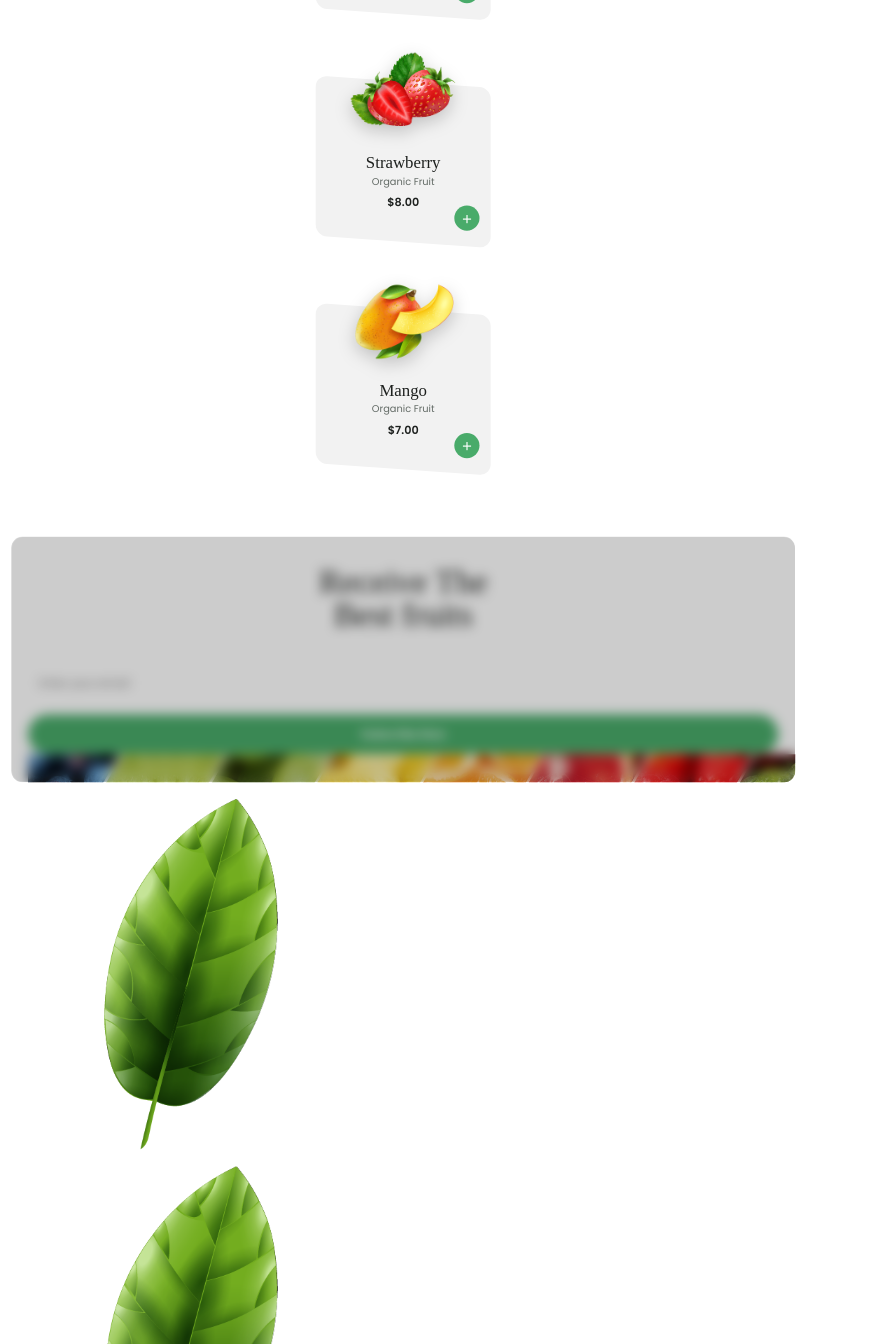
Repository: dinhhaidh/fruit
Page: index.html
The author's editor kept a copy of each file at every save. The page is drawn from the files as they stood at one save, then again after a run of saves.
The browser window is 1280 px wide. The pictures show the part of the page from y = 3822 to 5742 px (the page is 6069 px tall), at 70% of full size.
Some web fonts or font styles are not loaded; a fallback is used.

Above is the page before, as saved 2024-02-19 10:04:19.
Console error: ReferenceError: ScrollReveal is not defined

### index.html
<!DOCTYPE html>
<html lang="en">
<head>
    <meta charset="UTF-8">
    <meta name="viewport" content="width=device-width, initial-scale=1.0">

    <!--=============== FAVICON ===============-->
    <link rel="shortcut icon" href="assets/img/favicon.png" type="image/x-icon">

    <!--=============== REMIXICONS ===============-->
    <link rel="stylesheet" href="https://cdnjs.cloudflare.com/ajax/libs/remixicon/3.5.0/remixicon.css" crossorigin="">

    <!--=============== CSS ===============-->
    <link rel="stylesheet" href="./css/style.css">

    <title>Responsive fruit website - Bedimcode</title>
</head>
<body>
    <!--==================== HEADER ====================-->
    <header class="header" id="header">
        <nav class="nav container">
            <a href="#" class="nav__logo">
                <img src="./img/logo.png" alt=""> Fruit
            </a>
            <div class="nav__menu" id="nav-menu">
                <ul class="nav__list">
                    <li class="nav__item">
                        <a href="#Home" class="nav__link">Home</a>
                    </li>
                    <li class="nav__item">
                        <a href="#enjoy" class="nav__link">About Us</a>
                    </li>
                    <li class="nav__item">
                        <a href="#popular" class="nav__link">Popular</a>
                    </li>
                    <li class="nav__item">
                        <a href="#join" class="nav__link">Join Us</a>
                    </li>
                </ul>

                <a href="#" class="nav__close" id="nav-close">
                    <i class="ri-close-line"></i>
                </a>

                <img src="./img/branch-2.png" alt="" class="nav__img-1">
                <img src="./img/fruit-line-1.png" alt="" class="nav__img-2">
            </div>

            <div class="nav__buttons">

                <i class="ri-moon-line theme__button" id="theme-button"></i>

                <div class="nav__toggle" id="nav-toggle">
                    <i class="ri-apps-2-line"></i>
                </div>
            </div>
        </nav>
    </header>

    <!--==================== MAIN ====================-->
    <main class="main">
        <!--==================== HOME ====================-->
        <section class="home section" id="home">
            <div class="home__container container grid">
                <div class="home__data">
                    <h1 class="home__title">Enjoy The <br>
                        Best Fresh <br>
                        Fruits
                    </h1>
                    <p class="home__desc">Enjoy the best organic fruits harvested with the best possible quality, obtaining unique and delicious favours</p>
                    <img src="./img/fruit-line-2.png" alt="image" class="home__fruit">
                    <a href="#" class="button">
                        Order Fruit Now
                    </a>
                </div>
                <img src="./img/home-fruits.png" alt="image" class="home__img">
            </div>
            <img src="./img/branch-2.png" alt="image" class="home__branch">
        </section>

        <!--==================== ENJOY ====================-->
        <section class="enjoy section">
            <h2 class="section__title">Eat And Enjoy</h2>
            <div class="enjoy__container container grid">
                <article class="enjoy__card">
                    <div class="enjoy__bg"></div>

                    <img src="./img/enjoy-1.png" alt="" class="enjoy__img">
                    <h3 class="enjoy__title">Healthy</h3>
                    <span class="enjoy__subtitle">Tropical Fruit</span>
                </article>
                <article class="enjoy__card">
                    <div class="enjoy__bg"></div>

                    <img src="./img/enjoy-2.png" alt="" class="enjoy__img">
                    <h3 class="enjoy__title">Healthy</h3>
                    <span class="enjoy__subtitle">Tropical Fruit</span>
                </article>
                <article class="enjoy__card">
                    <div class="enjoy__bg"></div>

                    <img src="./img/enjoy-3.png" alt="" class="enjoy__img">
                    <h3 class="enjoy__title">Healthy</h3>
                    <span class="enjoy__subtitle">Tropical Fruit</span>
                </article>
            </div>
        </section>

        <!--==================== ABOUT US ====================-->
        <section class="about section" id="about">
            <div class="about__container container grid">
                <div class="about__data">
                    <h2 class="section__title">
                        We Provide <br>
                        Healthy Fruits
                    </h2>
                    <p class="about__desc">Lorem ipsum dolor sit amet, consectetur adipisicing elit. Iusto voluptatum officia non dolores illum, hic necessitatibus sit? Sapiente, voluptatem nisi!</p>
                    <a href="#" class="button">Know More</a>
                    <img src="./img/fruit-line-1.png" alt="image" class="about__fruit">
                </div>
                <img src="./img/about-fruits.png" alt="image" class="about__img">
            </div>
            <img src="./img/branch-1.png" alt="image" class="about__branch">

        </section>

        <!--==================== POPULAR ====================-->
        <section class="popular section" id="popular">
            <h2 class="section__title">Popular Fruits</h2>
            <div class="popular__container container grid">
                <article class="popular__card">
                    <div class="popular__bg"></div>

                    <img src="./img/popular-1.png" alt="" class="popular__img">
                    <h2 class="popular__title">Apple</h2>
                    <span class="popular__subtitle">Organic Fruit</span>
                    <h3 class="popular__price">$4.00</h3>
                    <a href="#" class="popular__button button">
                        <i class="ri-add-line"></i>
                    </a>
                </article>
                <article class="popular__card">
                    <div class="popular__bg"></div>

                    <img src="./img/popular-2.png" alt="" class="popular__img">
                    <h2 class="popular__title">Watermelon</h2>
                    <span class="popular__subtitle">Organic Fruit</span>
                    <h3 class="popular__price">$7.00</h3>
                    <a href="#" class="popular__button button">
                        <i class="ri-add-line"></i>
                    </a>
                </article>

                <article class="popular__card">
                    <div class="popular__bg"></div>

                    <img src="./img/popular-3.png" alt="" class="popular__img">
                    <h2 class="popular__title">Pineapple</h2>
                    <span class="popular__subtitle">Organic Fruit</span>
                    <h3 class="popular__price">$5.00</h3>
                    <a href="#" class="popular__button button">
                        <i class="ri-add-line"></i>
                    </a>
                </article>

                <article class="popular__card">
                    <div class="popular__bg"></div>

                    <img src="./img/popular-4.png" alt="" class="popular__img">
                    <h2 class="popular__title">Banana</h2>
                    <span class="popular__subtitle">Organic Fruit</span>
                    <h3 class="popular__price">$3.00</h3>
                    <a href="#" class="popular__button button">
                        <i class="ri-add-line"></i>
                    </a>
                </article>

                <article class="popular__card">
                    <div class="popular__bg"></div>

                    <img src="./img/popular-5.png" alt="" class="popular__img">
                    <h2 class="popular__title">Strawberry</h2>
                    <span class="popular__subtitle">Organic Fruit</span>
                    <h3 class="popular__price">$8.00</h3>
                    <a href="#" class="popular__button button">
                        <i class="ri-add-line"></i>
                    </a>
                </article>

                <article class="popular__card">
                    <div class="popular__bg"></div>

                    <img src="./img/popular-6.png" alt="" class="popular__img">
                    <h2 class="popular__title">Mango</h2>
                    <span class="popular__subtitle">Organic Fruit</span>
                    <h3 class="popular__price">$7.00</h3>
                    <a href="#" class="popular__button button">
                        <i class="ri-add-line"></i>
                    </a>
                </article>

            </div>
        </section>

        <!--==================== JOIN US ====================-->
        <section class="join section" id="join">
            <div class="join__container container grid">
                <div class="join__content grid">
                    <div class="join__data">
                        <h2 class="section__title">Receive The <br>
                            Best fruits
                        </h2>
                        <p class="join__desc">
                            Get up to date with the latest fruit harvests and information form us.
                        </p>
                        <form action="" class="join__form">
                            <input type="email" placeholder="Enter your email" class="join__input">
                            <a href="#" class="join__button button">Subscribe Now</a>
                        </form>
                        <img src="./img/join-bg.png" alt="image" class="join__bg">
                    </div>
                </div>
                <img src="./img/leaf.png" alt="" class="join__img-1">
                <img src="./img/leaf.png" alt="" class="join__img-2">
            </div>

        </section>
    </main>

    <!--==================== FOOTER ====================-->
    <footer class="footer">

    </footer>

    <!--========== SCROLL UP ==========-->


    <!--=============== SCROLLREVEAL ===============-->
    <script src=""></script>

    <script src="https://code.jquery.com/jquery-3.7.1.slim.min.js"></script>

    <!--=============== MAIN JS ===============-->
    <script src="./js/main.js"></script>
</body>
</html>

### css/style.css
/*=============== GOOGLE FONTS ===============*/
@import url("https://fonts.googleapis.com/css2?family=Cherry+Bomb+One&family=Poppins:wght@400;500;600&display=swap");

/*=============== VARIABLES CSS ===============*/
:root {
  --header-height: 3.5rem;

  /*========== Colors ==========*/
  /*Color mode HSL(hue, saturation, lightness)*/
  --first-color: hsl(140, 40%, 48%);
  --first-color-alt: hsl(140, 40%, 44%);
  --title-color: hsl(140, 4%, 12%);
  --text-color: hsl(140, 4%, 40%);
  --text-color-light: hsl(140, 4%, 64%);
  --white-color: hsl(0, 0%, 100%);
  --body-color: hsl(0, 0%, 100%);
  --container-color: hsl(0, 0%, 95%);
  --shadow-img: drop-shadow(0 8px 12px hsla(0, 0%, 0%, .2));
  --filter-img: invert(1);

  /*========== Font and typography ==========*/
  /*.5rem = 8px | 1rem = 16px ...*/
  --body-font: "Poppins", sans-serif;
  --second-font: "Cherry Bomb One", cursive;
  --biggest-font-size: 3rem;
  --big-font-size: 2rem;
  --h1-font-size: 1.5rem;
  --h2-font-size: 1.25rem;
  --h3-font-size: 1rem;
  --normal-font-size: .938rem;
  --small-font-size: .813rem;

  /*========== Font weight ==========*/
  --font-regular: 400;
  --font-medium: 500;
  --font-semi-bold: 600;

  /*========== z index ==========*/
  --z-tooltip: 10;
  --z-fixed: 100;
}

/*========== Responsive typography ==========*/
@media screen and (min-width: 1150px) {
  :root {
    --biggest-font-size: 5.5rem;
    --big-font-size: 3rem;
    --h1-font-size: 2.25rem;
    --h2-font-size: 1.5rem;
    --h3-font-size: 1.25rem;
    --normal-font-size: 1rem;
    --small-font-size: .875rem;
  }
}

/*=============== BASE ===============*/
* {
  box-sizing: border-box;
  padding: 0;
  margin: 0;
}

html {
  scroll-behavior: smooth;
}

body,
input,
button {
  font-family: var(--body-font);
  font-size: var(--normal-font-size);
}

body {
  background-color: var(--body-color);
  color: var(--text-color);
  transition: background-color .4s;
}

input,
button {
  border: none;
  outline: none;
}

h1, h2, h3, h4 {
  color: var(--title-color);
  font-weight: var(--font-medium);
  line-height: 100%;
}

ul {
  list-style: none;
}

a {
  text-decoration: none;
}

img {
  display: block;
  max-width: 100%;
  height: auto;
}

/*=============== THEME ===============*/


/*========== Variables Dark Theme ==========*/



/*==========
	Color changes in some parts of
	the website, in dark theme
==========*/


/*=============== REUSABLE CSS CLASSES ===============*/
.container {
  max-width: 1120px;
  margin-inline: 1.5rem;
}

.grid {
  display: grid;
  gap: 1.5rem;
}

.section {
  padding-block: 5rem 1rem;
}

.section__title {
  font-size: var(--big-font-size);
  font-family: var(--second-font);
  text-align: center;
  margin-bottom: 1rem;
}

.main {
  overflow: hidden; /* For animation ScrollReveal */
}

/*=============== HEADER & NAV ===============*/
.header{
    position: fixed;
    width: 100%;
    top: 0;
    left: 0;
    background-color: var(--body-color);
    z-index: var(--z-fixed);
    transition: box-shadow .4s, background-color .4s;
}
.nav{
    height: var(--header-height);
    display:flex;
    align-items: center;
    justify-content: space-between;
}
.nav__close,
.nav__toggle,
.nav__logo{
    display:flex;
    align-items: center;
    justify-content: center;
    color: var(--title-color);
}
.nav__logo{
    column-gap: 0.25rem;
    font-family: var(--second-font);
    font-size: var(--h3-font-size);
}
.nav__logo img {
    width: 1.25rem;
}
.nav__link{
    color: var(--title-color);
    font-weight: var(--font-semi-bold);
    transition: color .4s;
}
.nav__link:hover{
    color: var(--first-color);
}
.nav__buttons{
    display: flex;
    column-gap: 1rem;
}

/* Navigation for mobile devices */
@media screen and (max-width: 1150px) {
    .nav__menu{
        position: fixed;
        width: 100%;
        top: -100%;
        left: 0;
        background-color: var(--body-color);
        box-shadow:  0 2px 16px hsla(0, 0%, 0%, .1);
        z-index: var(--z-fixed);
        padding-block: 4.5rem;
        transition: top .4s;
    }
    .nav__close{
        position: absolute;
        top: 1.2rem;
        right: 1.5rem;
    }
    .nav__list{
        display: flex;
        flex-direction: column;
        row-gap: 2.5rem;
        text-align: center;
    }
    .nav__img-1,
    .nav__img-2{
        position: absolute;
        filter: var(--filter-img);
    }
    .nav__img-1{
        top: -2.5rem;
        width: 150px;
        rotate: 180deg;
        left: -3.5rem;
    }
    .nav__img-2{
        width: 50px;
        bottom: 2.5rem;
        right: 2.5rem;
    }
}


/* Show menu */
.show-menu{
    top: 0;
}

/* Add shadow header */


/* Active link */


/*=============== HOME ===============*/
.home{
    position: relative;
}

.container{
    margin-inline: 1rem;
}

.home__container {
    padding-top: 2.5rem;
    row-gap: 2rem;
}
.home__data{
    position: relative;
    text-align: center;
}
.home__title{
    font-size: var(--biggest-font-size);
    font-family: var(--second-font);
    margin-bottom: 1rem;
}
.home__desc{
    margin-bottom: 2rem;
}
.button{
    display: inline-block;
    background-color: var(--first-color);
    color: var(--white-color);
    padding: 1rem 2rem;
    border-radius: 4rem;
    font-weight: var(--font-semi-bold);
    transition: box-shadow .4s;
}
.button:hover{
    box-shadow: 0 8px 24px hsla(140, 40%, 48%, .3);
}
.home__fruit,
.home__branch{
    position: absolute;
    filter: var(--filter-img);

}
.home__fruit{
    width: 40px;
    top: 6.75rem;
    left: 1rem;
}
.home__img{
    width: 320px;
    justify-self: center;
    filter: var(--shadow-img);
}
.home__branch{
    width: 120px;
    right: -3rem;
    bottom: 15rem;
}

/*=============== BUTTON ===============*/


/*=============== ENJOY ===============*/
.enjoy{

}

.enjoy__container{

}

.enjoy__card{
    position: relative;
    text-align: center;
    padding: 1.5rem 2.5rem;
}
.enjoy__bg{
    background-color: var(--container-color);
    width: 100%;
    height: 100%;
    position: absolute;
    top: 0;
    left: 0;
    border-radius: 1rem;
    transform: skew(4deg);
    transition: background-color .4s;
    z-index: -1;
}
.enjoy__img{
    width: 120px;
    margin: 0 auto;
    filter: var(--shadow-img);
    transition: transform .4s;
}
.enjoy__img:hover{
    transform: translateX(-.25rem);
}
.enjoy__title{
    font-family: var(--second-font);
    font-size: var(--h1-font-size);
    margin-bottom: 0.25rem;
}
.enjoy__subtitle{
    font-size: var(--small-font-size);
}

/*=============== ABOUT ===============*/
.about{
    position: relative;
}

.about__data{
    position: relative;
    text-align: center;
}

.about__desc{
    margin-bottom: 2rem;
}

.about__fruit,
.about__branch{
    position: absolute;
    filter: var(--filter-img);

}
.about__fruit{
    bottom: 2rem;
    right: 1rem;
    width: 40px;
}
.about__img{
    box-shadow: var(--shadow-img);
    width: 320px;
    justify-self: center;
}
.about__branch{
    width: 120px;
    bottom: 15rem;
    rotate: 60deg;
    left: -3.5rem;
}

/*=============== POPULAR ===============*/
.popular{

}

.popular__container{
    padding-top: 6rem;
    grid-template-columns: 250px;
    justify-content: center;
    row-gap: 6rem;
}

.popular__card{
    position: relative;
    text-align: center;
    padding-block: 6.5rem 3rem;
}
.popular__bg{
    width: 100%;
    height: 100%;
    position: absolute;
    top: 0;
    left: 0;
    background-color: var(--container-color);
    z-index: -1;
    transform: skewY(4deg);
    border-radius: 1rem;
    transition: background-color .4s;
}
.popular__img{
    margin: 0 auto 0.75rem;
    width: 150px;
    position: absolute;
    top: -4rem;
    left: 0;
    right: 0;
    filter: var(--shadow-img);
    transition: .4s;
}
.popular__title{
    font-size: var(--h2-font-size);
    font-family: var(--second-font);
    margin-bottom: 0.25rem;
}
.popular__subtitle{
    margin-bottom: 0.75rem;
    display: block;
    font-size: var(--small-font-size);
}
.popular__price{
    font-size: var(--normal-font-size);
    font-weight: var(--font-semi-bold);
}
.popular__button{
    width: 36px;
    height: 36px;
    padding: 8px;
    color: var(--white-color);
    place-items: center;
    font-size: 1.25rem;
    cursor: pointer;
    display: grid;
    font-weight: inherit;
    position: absolute;
    right: 1rem;
    bottom: 1rem;
}



/*=============== JOIN ===============*/
.join{

}

.join__container{
    position: relative;
    padding-bottom: 4rem;
}

.join__content{
    position: relative;
    padding: 2.5rem 1.5rem;
    row-gap: 2rem;
    border-radius: 1rem;
    overflow: hidden;
}
.join__content::after{
    content: "";
    width: 100%;
    height: 100%;
    position: absolute;
    background-color: hsla(0, 0%, 0%, .2);
    top: 0;
    left: 0;
    backdrop-filter: blur(8px);
}
.join__data,
.join__desc{
    text-align: center;
    color: var(--white-color)
}
.join__data{
    z-index: -1;
}
.join__desc{

}
.join__form{
    display: grid;
    row-gap: 0.75rem;
}
.join__input{
    padding: 1.25rem 1rem;
}
.join__button{

}
.join__bg{
    position: absolute;
    width: 100%;
    height: 100%;
    object-fit: cover;
    object-position: left;
}
.button{

}
.join__img-1,
.join__img-2{
    /* position: absolute; */
}
.join__img-1{

}
.join__img-2{

}

/*=============== FOOTER ===============*/


/*=============== SCROLL BAR ===============*/


/*=============== SCROLL UP ===============*/


/* Show Scroll Up */


/*=============== BREAKPOINTS ===============*/
/* For small devices */


/* For medium devices */


/* For large devices */

### js/main.js
$(document).ready(function () {
  $("#nav-toggle").click(function(){
    $("#nav-menu").addClass("show-menu");
  });
  $("#nav-close").click(function(){
    $("#nav-menu").removeClass("show-menu");
  });
  $("#nav__link").click(function(){
    $('.active-link').removeClass("show-menu");
  });

  // khi kích vào nav__link nó sẽ ẳn đi
  $('.nav__item a').click(function(){
    $("#nav-menu").removeClass("show-menu");
  });
  //
  $(window).scroll(function(){
    $("#header").toggleClass("shadow-header", $(this).scrollTop() >= 50);
    $("#scroll-up").toggleClass("show-scroll", $(this).scrollTop() >= 350);

    // // active-link //
    // $('.active-link').addClass('nav__menu');

    /*=============== SCROLL SECTIONS ACTIVE LINK ===============*/
const sections = document.querySelectorAll('section[id]')

const scrollActive = () =>{
  	const scrollDown = window.scrollY

	sections.forEach(current =>{
		const sectionHeight = current.offsetHeight,
            sectionTop = current.offsetTop - 58,
            sectionId = current.getAttribute('id'),
            sectionsClass = document.querySelector('.nav__menu a[href*=' + sectionId + ']')

		if(scrollDown > sectionTop && scrollDown <= sectionTop + sectionHeight){
			sectionsClass.classList.add('active-link')
		}else{
			sectionsClass.classList.remove('active-link')
		}
	})
}
window.addEventListener('scroll', scrollActive)
  });
});


// dark-theme
$(document).ready( function(){
  $('#theme-button').click( function () {
      $('body').toggleClass('dark-theme');
      $('.ri-moon-line').toggleClass('ri-sun-line');
  });
});
//

/*=============== SCROLL REVEAL ANIMATION ===============*/
const sr = ScrollReveal({
  origin: 'top',
  distance: '60px',
  duration: 2500,
  delay: 400,
  // reset: true
})
sr.reveal(`.home__data, .join__container, .footer__container`) //hiệu ứng trên xuống
sr.reveal(`.home__img`,{origin: 'bottom'})
sr.reveal(`.enjoy__card, .popular__card`,{interval: 100}) //hiệu ứng trêm xuống lần lần từng giây
sr.reveal(`.about__data`,{origin: 'right'})
sr.reveal(`.about__img`,{origin: 'left'})

After the next 2 saves:
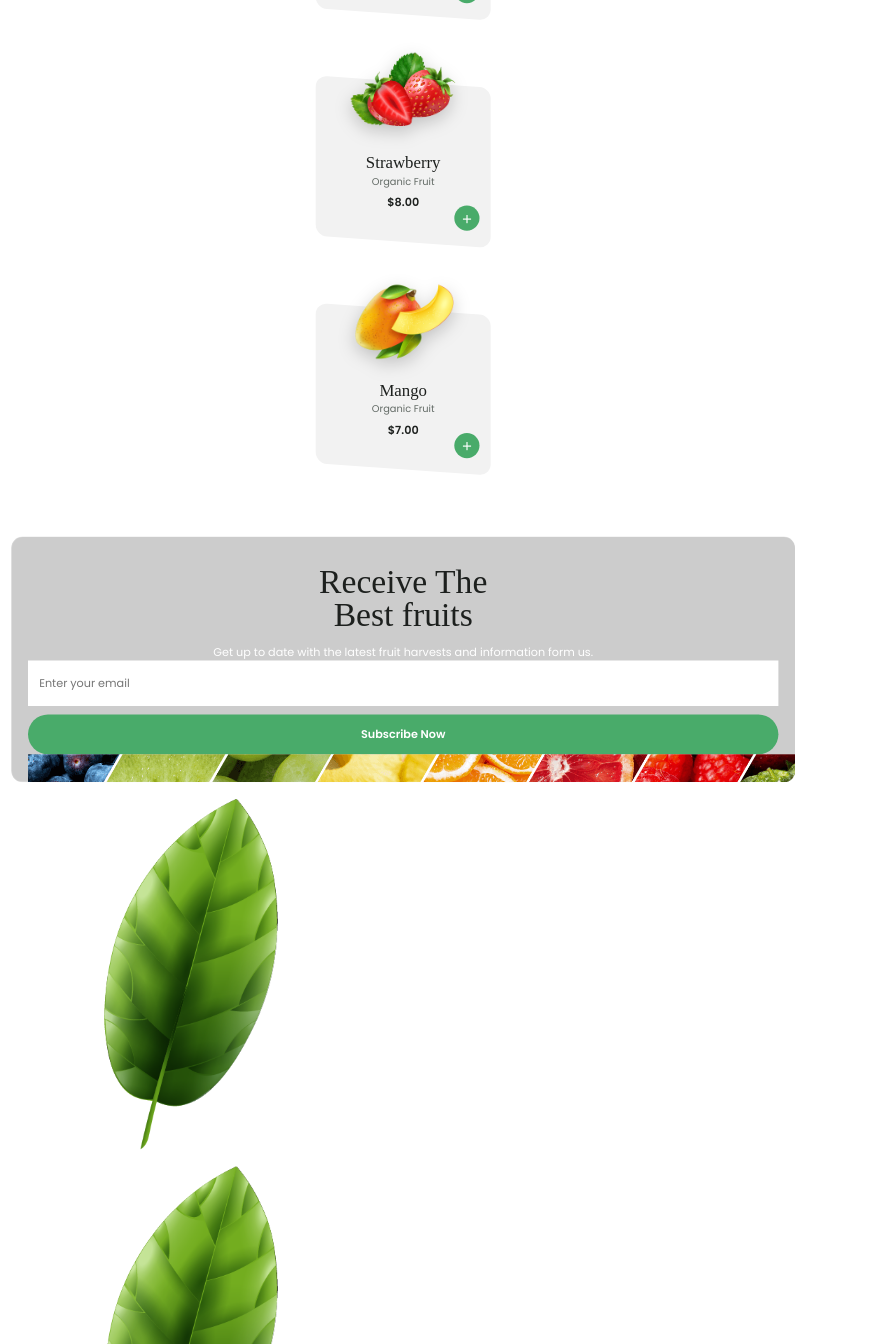
The 2 saves are shown as one change because they came seconds apart.
The last was saved 12 s later.
--- a/css/style.css
+++ b/css/style.css
@@ -487,7 +487,7 @@ img {
     color: var(--white-color)
 }
 .join__data{
-    z-index: -1;
+    z-index: 5;
 }
 .join__desc{
 
